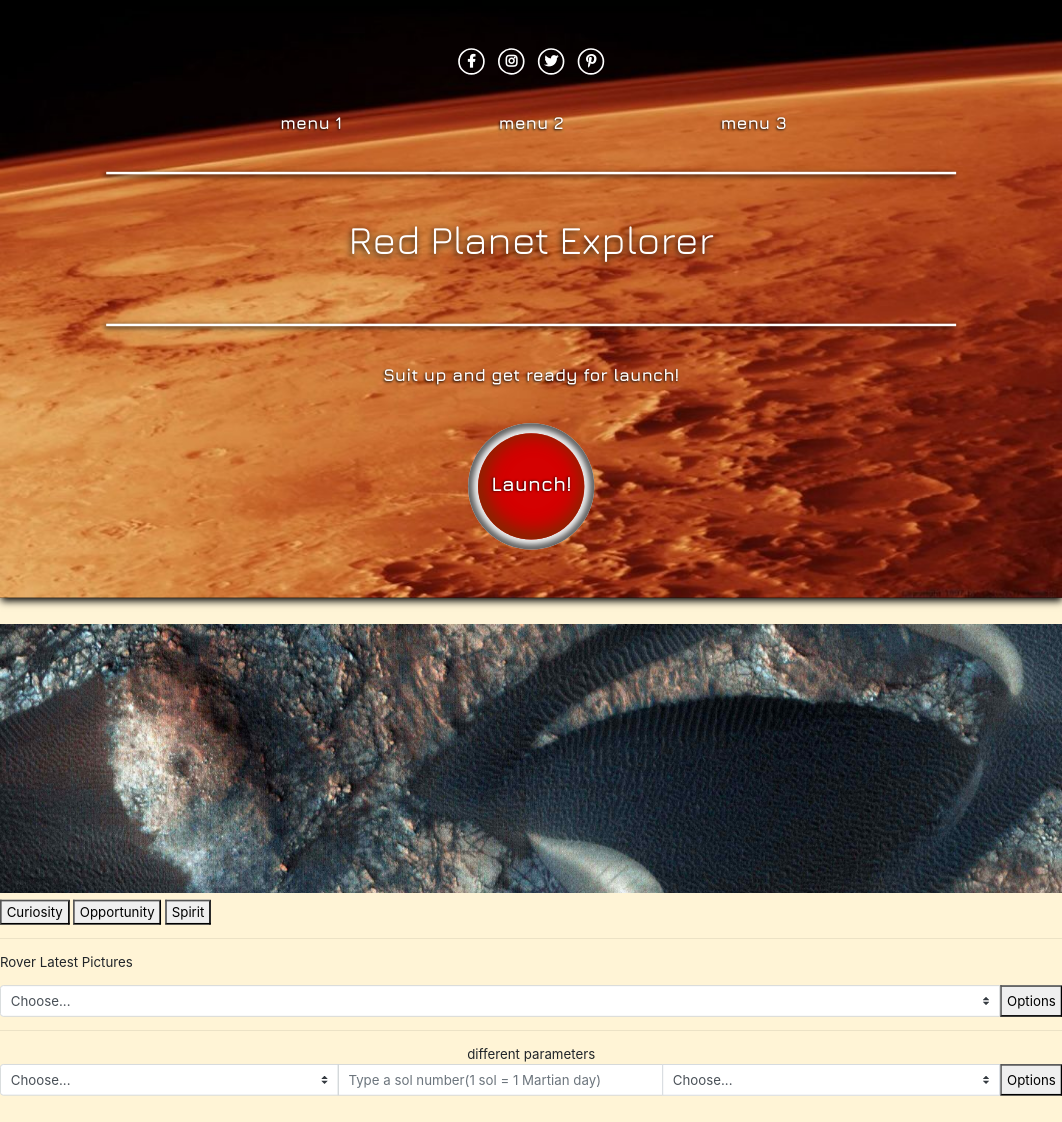
Repository: romqrq/Red-Planet-Explorer
Page: index.html
The author's editor kept a record of every edit. The page is drawn from the files as they stood at one moment, then again after the next edit.
The browser window is 1280 px wide. The pictures show the whole page, at 83% of full size.
The page's requests for data from a server got no answer. Some web fonts or font styles are not loaded; a fallback is used. Some web libraries are served in a nearby version.

Above is the page before.

After the next edit:
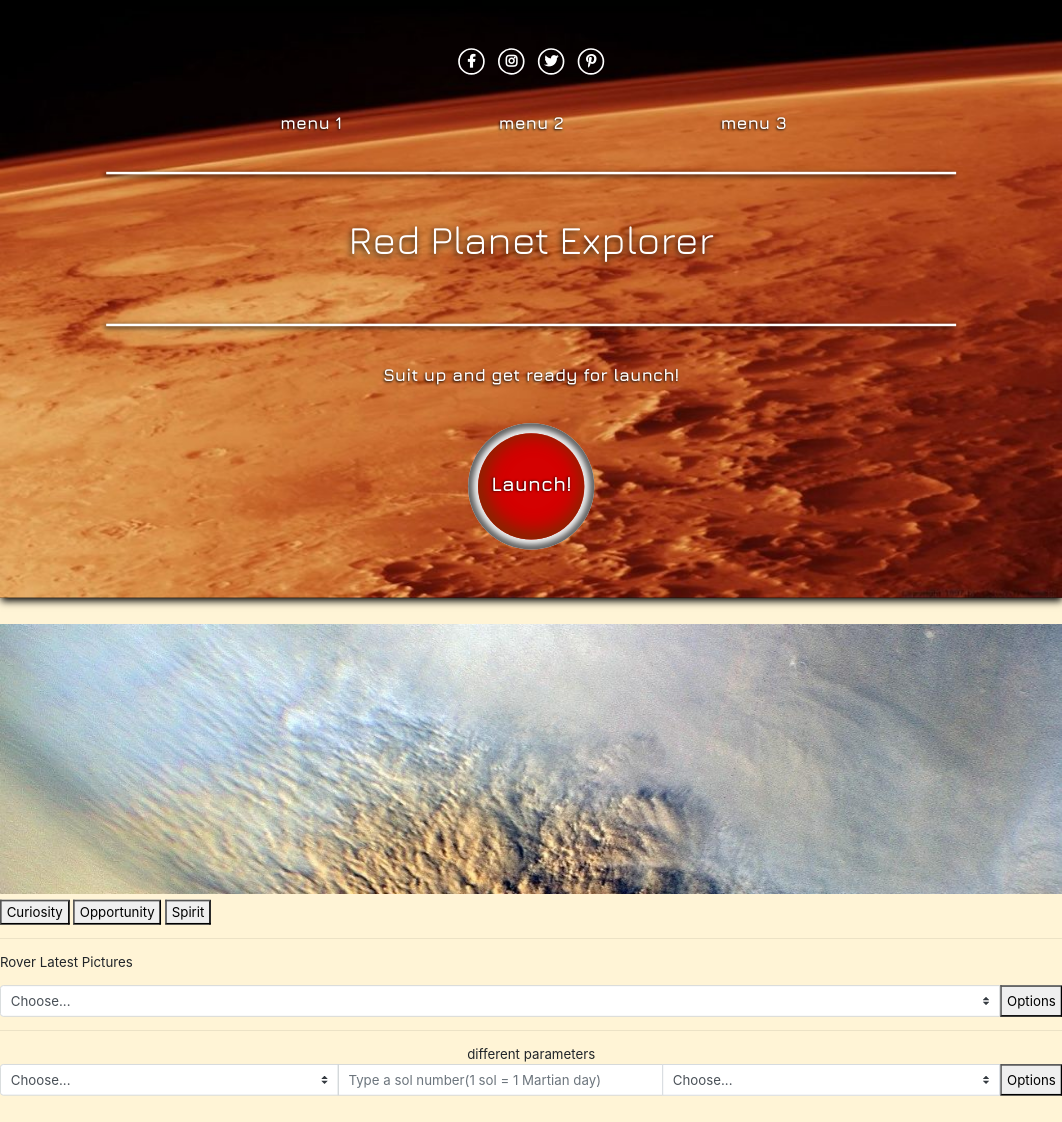
The edit:
--- a/index.html
+++ b/index.html
@@ -66,7 +66,7 @@
                     <div class="carousel-item carousel-img active">
                         <img src="assets/images/carousel/dune_field.jpg" class="d-block w-100" alt="...">
                     </div>
-                    <div class="carousel-item carousel-img">
+                    <div class="carousel-item carousel-img active">
                         <img src="assets/images/carousel/sand_storm.jpg" class="d-block w-100" alt="...">
                     </div>
                     <div class="carousel-item carousel-img">
